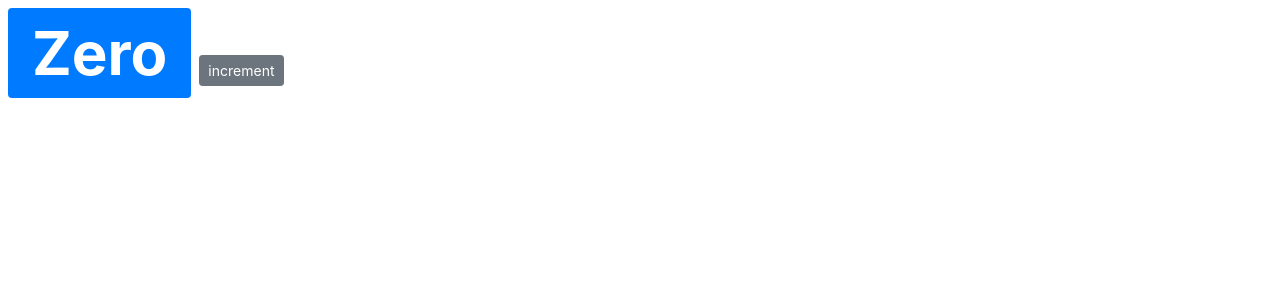
Repository: AvinashLikesToLearnNewStuff/Counter_app
Page: /
An editor plug-in stored every save of this project. The page is shown before and after the next save, followed by the edit.
The browser window is 1280 px wide. The pictures show the whole page.
The project was rebuilt for these pictures with package versions that can differ from the ones it lists, and the page was loaded fresh each time. Also part of the build but not shown: src/components/navbar.jsx, src/App.css, src/App.js. Imported but missing from the stored project, and not drawn on this page: src/components/counters.

Above is the page before, as saved 2023-02-27 13:27:00.

### src/index.js
import React from "react";
import ReactDOM from "react-dom/client";
import "./index.css";
import App from "./App";
import reportWebVitals from "./reportWebVitals";
import Counter from "./components/counter";
import "bootstrap/dist/css/bootstrap.css";

const root = ReactDOM.createRoot(document.getElementById("root"));
root.render(
  <React.StrictMode>
    <Counter />
  </React.StrictMode>
);

// If you want to start measuring performance in your app, pass a function
// to log results (for example: reportWebVitals(console.log))
// or send to an analytics endpoint. Learn more: https://bit.ly/CRA-vitals
reportWebVitals();

### src/components/counter.jsx
import React, { Component } from "react";

class Counter extends Component {
  state = {
    count: 0,
    imageUrl: "https://picsum.photos/200",
  };

  styles = {
    fontSize: 60,
    fontWeight: "bold",
  };

  render() {
    return (
      <div>
        <span style={this.styles} className="badge badge-primary m-2">
          {this.formatCount()}
        </span>
        <button className="btn btn-secondary btn-sm">increment</button>
      </div>
    );
  }

  formatCount() {
    const { count } = this.state;
    return count === 0 ? "Zero" : count;
  }
}

export default Counter;

Loaded but not shown: public/index.html (common file); src/index.css (common file); src/reportWebVitals.js (common file)

After the next save:
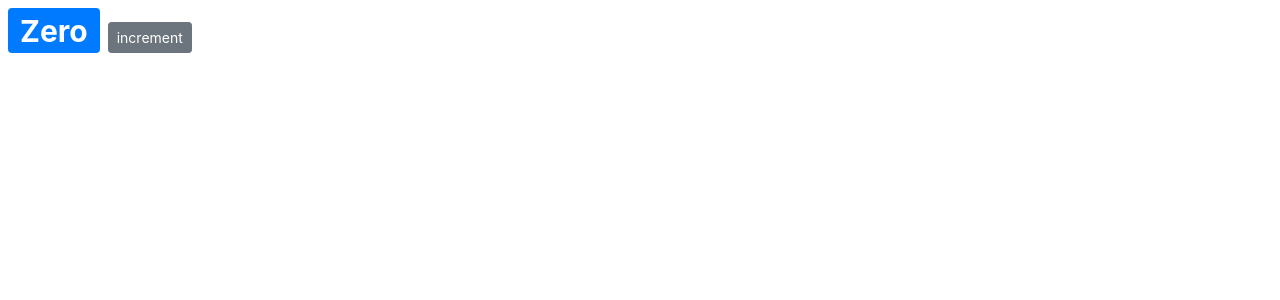
Saved 2 h 45 min later.
--- a/src/components/counter.jsx
+++ b/src/components/counter.jsx
@@ -6,15 +6,10 @@ class Counter extends Component {
     imageUrl: "https://picsum.photos/200",
   };
 
-  styles = {
-    fontSize: 60,
-    fontWeight: "bold",
-  };
-
   render() {
     return (
       <div>
-        <span style={this.styles} className="badge badge-primary m-2">
+        <span style={{ fontSize: 30 }} className="badge badge-primary m-2">
           {this.formatCount()}
         </span>
         <button className="btn btn-secondary btn-sm">increment</button>
